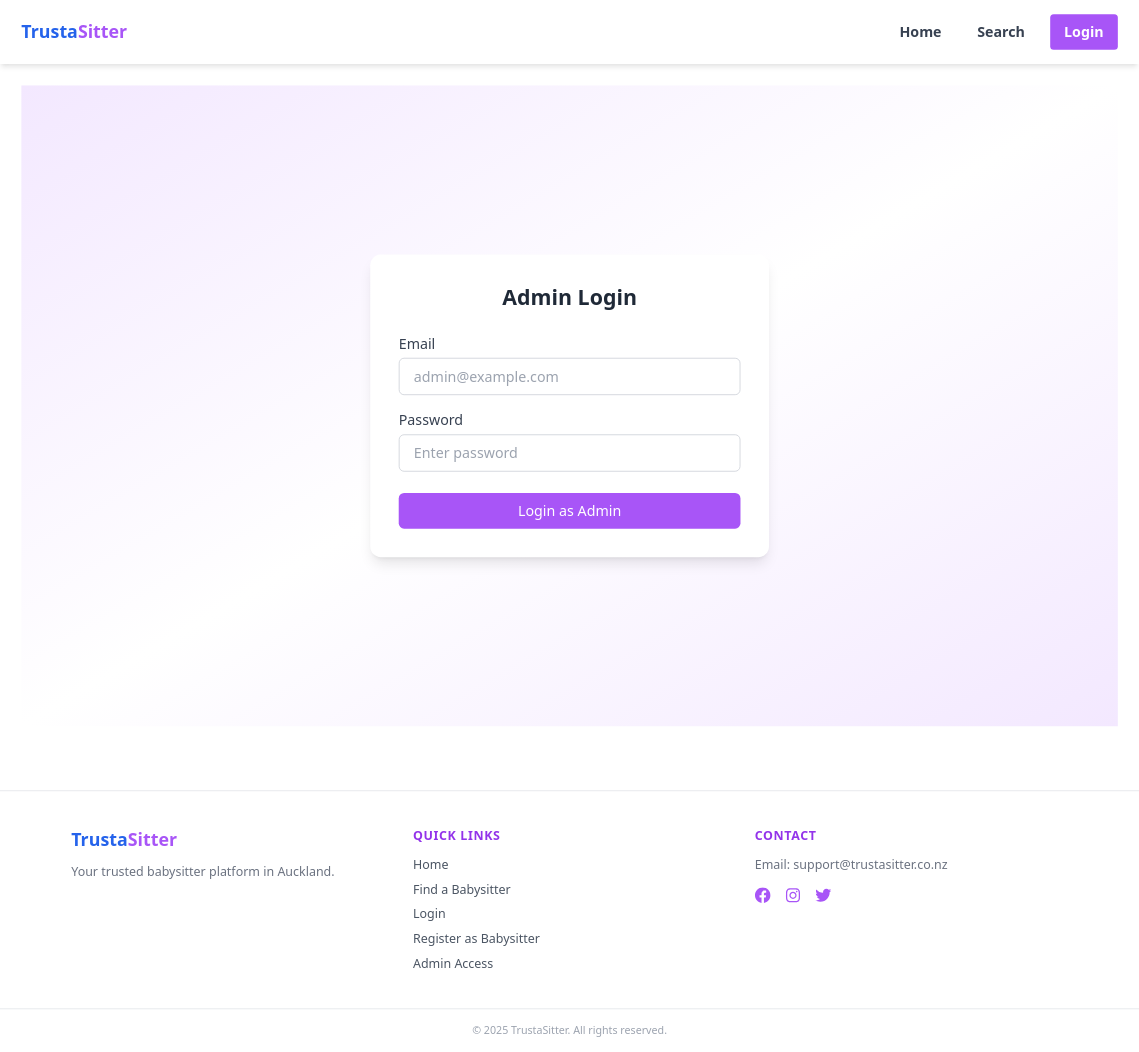
Repository: LargeWC-Code/TrustaSitter
Page: /admin-login (app in trustasitter-frontend/)
These files come from the project's save history. The page is drawn as it stood at one moment and after the next save; the edit follows.
The browser window is 1280 px wide. The pictures show the whole page, at 89% of full size.
The project was rebuilt for these pictures with package versions that can differ from the ones it lists, and the page was loaded fresh each time. Also part of the build but not shown: trustasitter-frontend/vite.config.js, trustasitter-frontend/src/pages/Home.jsx, trustasitter-frontend/src/pages/Search.jsx, trustasitter-frontend/src/services/api.js, trustasitter-frontend/src/pages/Login.jsx, trustasitter-frontend/src/pages/Bookings.jsx, trustasitter-frontend/src/pages/ChooseRole.jsx, trustasitter-frontend/src/pages/RegisterBabysitter.jsx and 7 more.

Above is the page before, as saved 2025-07-03 16:46:03.

After the next save:
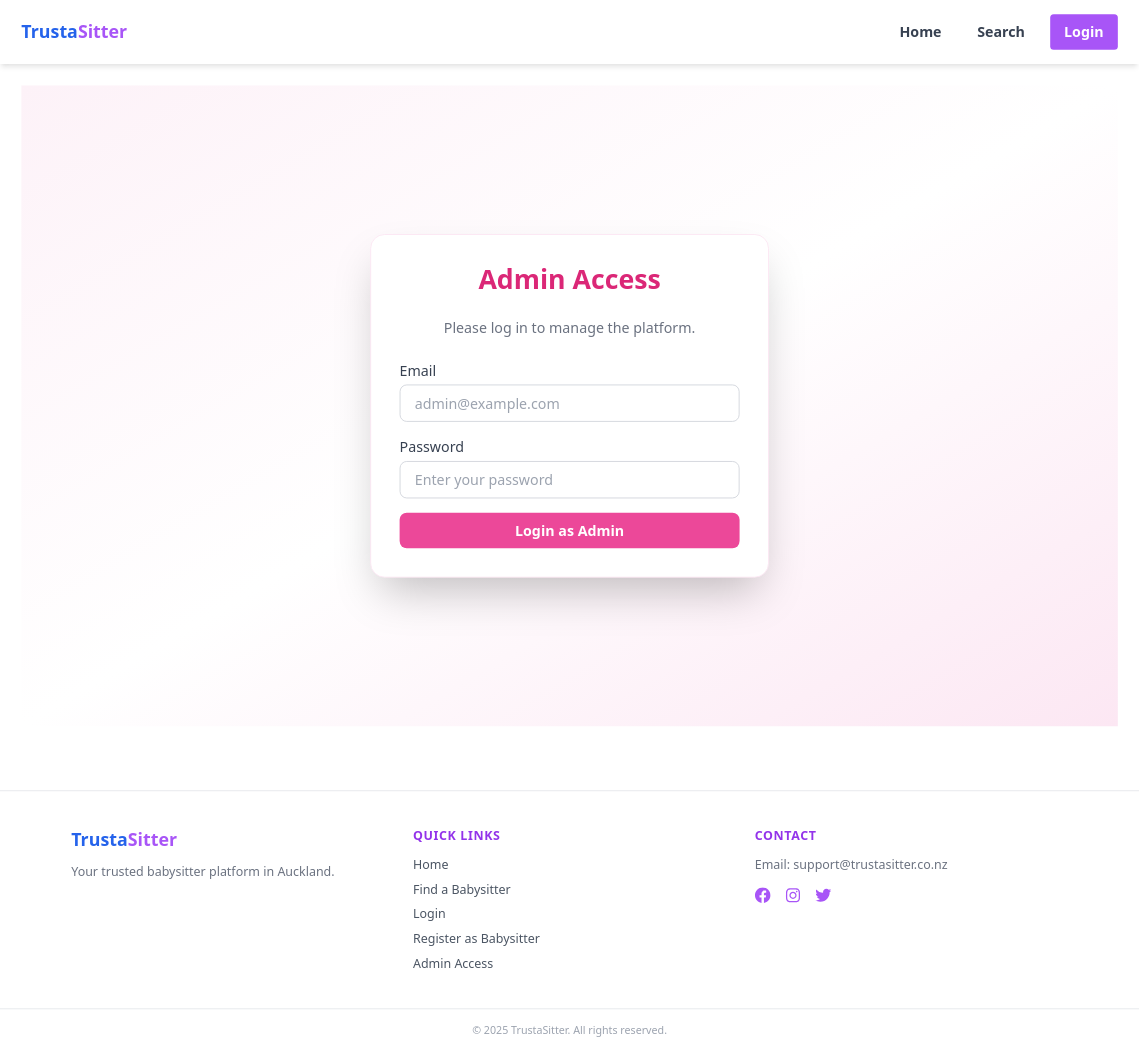
Saved 2 min 30 s later.
--- a/trustasitter-frontend/src/pages/AdminLogin.jsx
+++ b/trustasitter-frontend/src/pages/AdminLogin.jsx
@@ -15,7 +15,6 @@
     setError("");
 
     try {
-      //
       const response = await axios.post("http://localhost:3000/api/admin/login", {
         email,
         password,
@@ -37,38 +36,43 @@
   };
 
   return (
-    <main className="flex items-center justify-center min-h-screen bg-gradient-to-br from-purple-100 via-white to-purple-100">
-      <div className="w-full max-w-md p-8 bg-white rounded-xl shadow-lg">
-        <h2 className="text-2xl font-bold text-center mb-6 text-gray-800">Admin Login</h2>
+    <main className="flex items-center justify-center min-h-screen bg-gradient-to-br from-pink-50 via-white to-pink-100">
+      <div className="w-full max-w-md p-8 bg-white rounded-2xl shadow-2xl border border-pink-100">
+        <h2 className="text-3xl font-extrabold text-center mb-6 text-pink-600">
+          Admin Access
+        </h2>
+        <p className="text-center text-gray-500 mb-6">
+          Please log in to manage the platform.
+        </p>
         {error && (
           <p className="text-red-500 text-center mb-4">{error}</p>
         )}
-        <form onSubmit={handleSubmit}>
-          <div className="mb-4">
-            <label className="block mb-1 text-gray-700">Email</label>
+        <form onSubmit={handleSubmit} className="space-y-4">
+          <div>
+            <label className="block mb-1 text-gray-700 font-medium">Email</label>
             <input
               type="email"
               value={email}
               onChange={(e) => setEmail(e.target.value)}
-              className="w-full px-4 py-2 border border-gray-300 rounded-md focus:outline-none focus:ring-2 focus:ring-purple-500"
+              className="w-full px-4 py-2 border border-gray-300 rounded-lg focus:outline-none focus:ring-2 focus:ring-pink-400"
               placeholder="admin@example.com"
               required
             />
           </div>
-          <div className="mb-6">
-            <label className="block mb-1 text-gray-700">Password</label>
+          <div>
+            <label className="block mb-1 text-gray-700 font-medium">Password</label>
             <input
               type="password"
               value={password}
               onChange={(e) => setPassword(e.target.value)}
-              className="w-full px-4 py-2 border border-gray-300 rounded-md focus:outline-none focus:ring-2 focus:ring-purple-500"
-              placeholder="Enter password"
+              className="w-full px-4 py-2 border border-gray-300 rounded-lg focus:outline-none focus:ring-2 focus:ring-pink-400"
+              placeholder="Enter your password"
               required
             />
           </div>
           <button
             type="submit"
-            className="w-full bg-purple-500 text-white py-2 rounded-md hover:bg-purple-600"
+            className="w-full bg-pink-500 hover:bg-pink-600 text-white py-2 rounded-lg font-semibold transition"
           >
             Login as Admin
           </button>

After the save that followed:
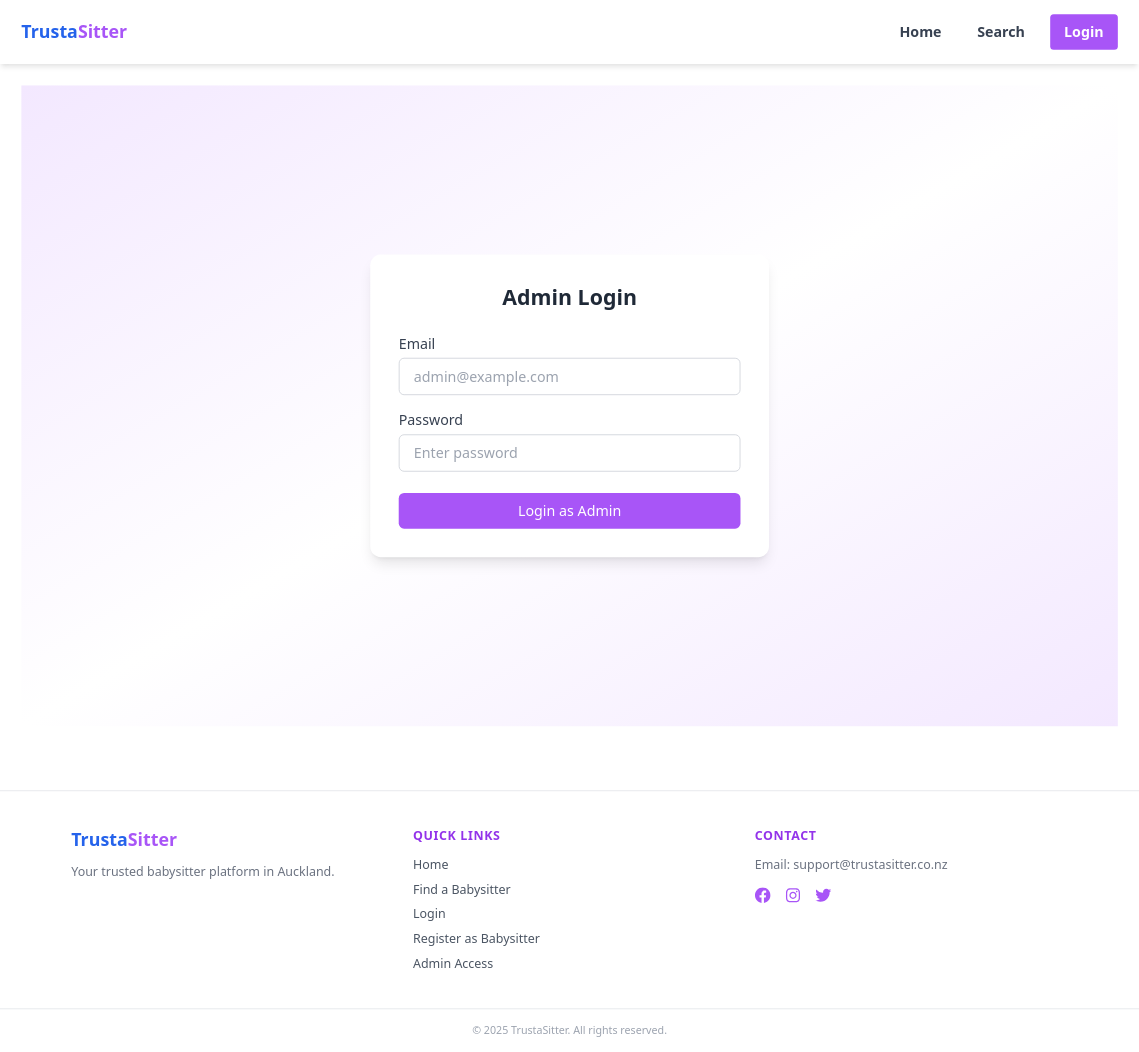
Saved 17 s later.
--- a/trustasitter-frontend/src/pages/AdminLogin.jsx
+++ b/trustasitter-frontend/src/pages/AdminLogin.jsx
@@ -15,6 +15,7 @@
     setError("");
 
     try {
+      //
       const response = await axios.post("http://localhost:3000/api/admin/login", {
         email,
         password,
@@ -36,43 +37,38 @@
   };
 
   return (
-    <main className="flex items-center justify-center min-h-screen bg-gradient-to-br from-pink-50 via-white to-pink-100">
-      <div className="w-full max-w-md p-8 bg-white rounded-2xl shadow-2xl border border-pink-100">
-        <h2 className="text-3xl font-extrabold text-center mb-6 text-pink-600">
-          Admin Access
-        </h2>
-        <p className="text-center text-gray-500 mb-6">
-          Please log in to manage the platform.
-        </p>
+    <main className="flex items-center justify-center min-h-screen bg-gradient-to-br from-purple-100 via-white to-purple-100">
+      <div className="w-full max-w-md p-8 bg-white rounded-xl shadow-lg">
+        <h2 className="text-2xl font-bold text-center mb-6 text-gray-800">Admin Login</h2>
         {error && (
           <p className="text-red-500 text-center mb-4">{error}</p>
         )}
-        <form onSubmit={handleSubmit} className="space-y-4">
-          <div>
-            <label className="block mb-1 text-gray-700 font-medium">Email</label>
+        <form onSubmit={handleSubmit}>
+          <div className="mb-4">
+            <label className="block mb-1 text-gray-700">Email</label>
             <input
               type="email"
               value={email}
               onChange={(e) => setEmail(e.target.value)}
-              className="w-full px-4 py-2 border border-gray-300 rounded-lg focus:outline-none focus:ring-2 focus:ring-pink-400"
+              className="w-full px-4 py-2 border border-gray-300 rounded-md focus:outline-none focus:ring-2 focus:ring-purple-500"
               placeholder="admin@example.com"
               required
             />
           </div>
-          <div>
-            <label className="block mb-1 text-gray-700 font-medium">Password</label>
+          <div className="mb-6">
+            <label className="block mb-1 text-gray-700">Password</label>
             <input
               type="password"
               value={password}
               onChange={(e) => setPassword(e.target.value)}
-              className="w-full px-4 py-2 border border-gray-300 rounded-lg focus:outline-none focus:ring-2 focus:ring-pink-400"
-              placeholder="Enter your password"
+              className="w-full px-4 py-2 border border-gray-300 rounded-md focus:outline-none focus:ring-2 focus:ring-purple-500"
+              placeholder="Enter password"
               required
             />
           </div>
           <button
             type="submit"
-            className="w-full bg-pink-500 hover:bg-pink-600 text-white py-2 rounded-lg font-semibold transition"
+            className="w-full bg-purple-500 text-white py-2 rounded-md hover:bg-purple-600"
           >
             Login as Admin
           </button>
